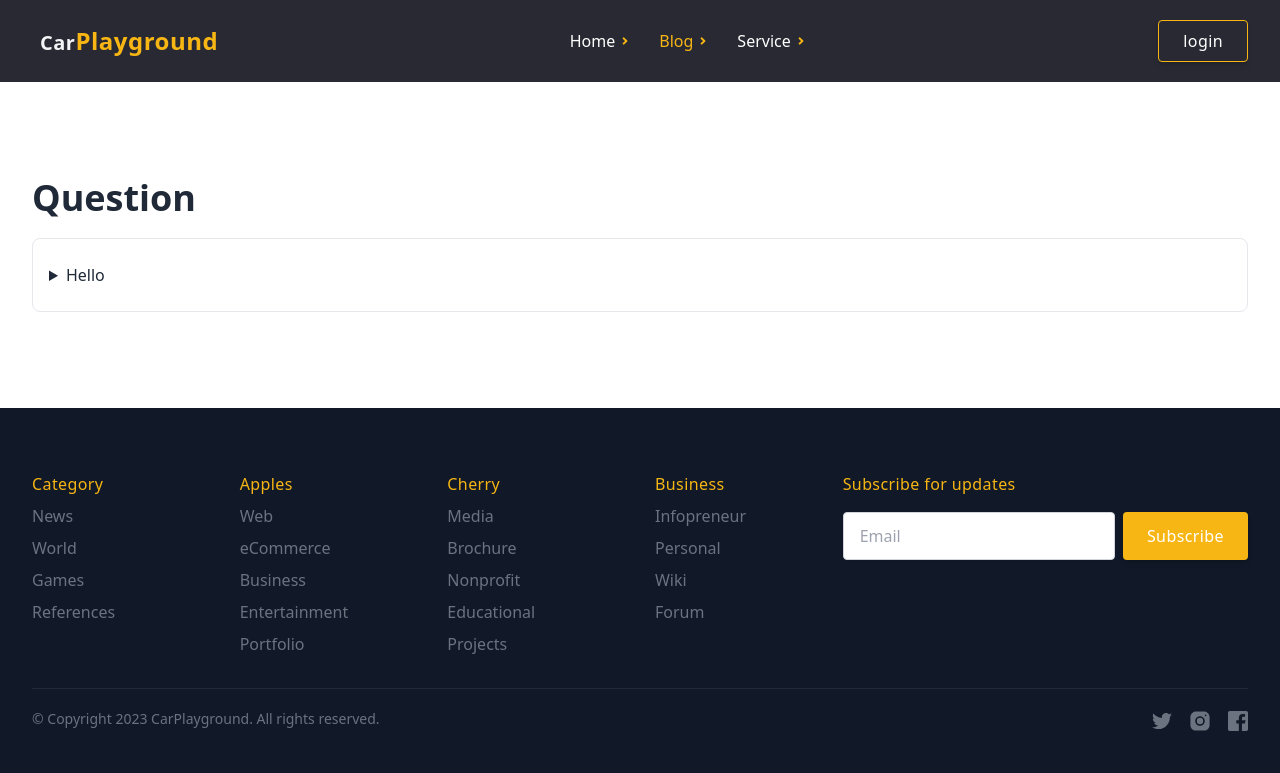
Repository: mdrubel02/CarPlayground-client-site
Page: /blog
The author's editor kept a copy of each file at every save. The page is drawn from the files as they stood at one save, then again after the next save.
The browser window is 1280 px wide. The pictures show the whole page.
The page's requests for data from a server got no answer. The project was rebuilt for these pictures with package versions that can differ from the ones it lists, and the page was loaded fresh each time. No one was signed in, and anything a server would have sent is missing. Also part of the build but not shown: vite.config.js, src/Pages/Home/Banner/Banner.jsx, src/Pages/Home/About/About.jsx, src/Shared/Title/Title.jsx, src/Pages/Home/Gallery/Gallery.jsx, src/Pages/Home/Home.jsx, src/User/SocialLogin.jsx, src/User/Login.jsx and 3 more.

Above is the page before, as saved 2023-05-20 12:02:42.

### index.html
<!DOCTYPE html>
<html lang="en">
  <head>
    <meta charset="UTF-8" />
    <link rel="icon" type="image/svg+xml" href="/vite.svg" />
    <meta name="viewport" content="width=device-width, initial-scale=1.0" />
    <title>CarPlayground</title>
  </head>
  <body>
    <div id="root"></div>
    <script type="module" src="/src/main.jsx"></script>
  </body>
</html>

### src/main.jsx
import React from 'react'
import ReactDOM from 'react-dom/client'
import './index.css'
import { ToastContainer, toast } from 'react-toastify';
import 'react-toastify/dist/ReactToastify.css';
import { RouterProvider } from 'react-router-dom';
import router from './Layout/Route/router';
import AuthProvider from './Context/AuthProvider';

ReactDOM.createRoot(document.getElementById('root')).render(
  <React.StrictMode>
    <AuthProvider>
      <ToastContainer position='top-center' />
      <RouterProvider router={router} />
    </AuthProvider>
  </React.StrictMode>,
)

### src/Layout/Route/router.jsx
import { createBrowserRouter } from "react-router-dom";
import Main from "../Main";
import Home from "../../Pages/Home/Home";
import Login from "../../User/Login";
import Register from "../../User/Register";
import Blogs from "../../Pages/Blog/Blogs";
import ErrorPage from "../../Shared/ErrorPage/ErrorPage";
import AddCategory from "../../Pages/Cetagory/AddCetagorys/AddCategory";



const router = createBrowserRouter([{
    path: '/',
    errorElement:<ErrorPage />,
    element: <Main />,
    children: [
        {path: '/',element:<Home/>},
        {path: '/home',element:<Home/>},
        {path:'/login',element:<Login />},
        {path:'/register',element:<Register/>},
        {path:'/blog',element:<Blogs/>},
        {path: '/addCategory', element: <AddCategory />}
    ]
}]);
export default router;

### src/Context/AuthProvider.jsx
import React, { createContext, useEffect, useState } from 'react';
import app from '../Firebase/firebase.config';
import {createUserWithEmailAndPassword, getAuth, GoogleAuthProvider, onAuthStateChanged, signInWithEmailAndPassword, signInWithPopup, signOut, updateProfile} from 'firebase/auth'

export const AuthContext=createContext()
const AuthProvider = ({children}) => {
    const auth = getAuth(app)
    const [user,setUser] = useState()
    const [loading ,setLoading] = useState(true)
    const [reviewRefresh,setReviewRefresh] = useState(true)
    const [myReviewRefresh,setMyReviewRefresh] = useState(true)
    const googleProvider = new GoogleAuthProvider()

        // sign with google
        const signWithGoogle = ()=>{
            setLoading(true)
            return signInWithPopup(auth,googleProvider)
        }

        // create user
        const createUser=(email,password)=>{
            setLoading(true)
            return createUserWithEmailAndPassword(auth,email,password)
        }

        // update user profile
        const updateUserProfile=(profile)=>{
            setLoading(true)
            return updateProfile(auth.currentUser,profile)
        }

        // logout
        const logOut=()=>{
            setLoading(true)
            localStorage.removeItem('HomemadeCrunch-Token')
            return signOut(auth)
        }

        // user signin
        const userSignIn=(email,password)=>{
            setLoading(true)
            return signInWithEmailAndPassword(auth,email,password)
        }

        // get user
        useEffect(()=>{
            const unsubscribe = onAuthStateChanged(auth,(currentUser)=>{
                setUser(currentUser)
                setLoading(false)
                return
            })
            return ()=>unsubscribe()
        },[])
        const value = {
            user,
            createUser,
            updateUserProfile,
            logOut,
            userSignIn,
            signWithGoogle,
            reviewRefresh,setReviewRefresh,
            myReviewRefresh,setMyReviewRefresh,
            loading,setLoading,
        }
    return (
        <div>
            <AuthContext.Provider value = {value}>
                {children}
            </AuthContext.Provider>
        </div>
    );
};

export default AuthProvider;

### src/Layout/Main.jsx
import React from 'react';
import Header from '../Shared/Header/Header';
import Footer from '../Shared/Footer/Footer'
import { Outlet } from 'react-router-dom';

const Main = () => {
    return (
        <div>
           <Header />
           <Outlet />
           <Footer />
        </div>
    );
};

export default Main;

### src/Pages/Blog/Blogs.jsx
import React from 'react';
import useTitle from '../../Hook/useTitle';

const Blogs = () => {
    useTitle('Blogs')
    return (
        <section className="dark:bg-gray-800 dark:text-gray-100 my-6 md:my-16">
        <div className="container flex flex-col justify-center px-4 py-8 mx-auto md:p-8">
            <h2 className="text-2xl font-semibold sm:text-4xl mb-5">Question</h2>
            <div className="space-y-4">
                   <details  className="w-full border rounded-lg">
                        <summary className="px-4 py-6 focus:outline-none focus-visible:ring-violet-400">Hello</summary>
                        <p className="px-4 py-6 pt-0 ml-4 -mt-4 dark:text-gray-400">Answer</p>
                    </details>
            </div>
        </div>
    </section>
    );
};

export default Blogs;

### src/Shared/Header/Header.jsx
import React, { useContext, useState } from 'react';
import { AuthContext } from '../../Context/AuthProvider';
import { Link, NavLink } from 'react-router-dom';
import { FaAngleRight} from 'react-icons/fa';

const Header = () => {
    const {user,logOut}= useContext(AuthContext)
    const [isMenuOpen, setIsMenuOpen] = useState(false);

    const logOutHandle=()=>{
      logOut()
      .then(()=>toast.warning('Lof Out',{autoClose:1000}))
  }
    const menu = <>
    <li className='flex items-center'>
      <NavLink
        to="/home"
        aria-label="home"
        title="home"
        className={({isActive})=>isActive?"font-medium text-yellow transition-colors duration-100" : "font-medium transition-colors duration-100 text-white"}
      >
        Home
      </NavLink>
      <FaAngleRight className='text-yellow ml-1 text-xs'></FaAngleRight>
    </li>
    <li className='flex items-center'>
      <NavLink
        to="/blog"
        aria-label="blog"
        title="blog"
        className={({isActive})=>isActive?"font-medium text-yellow transition-colors duration-100" : "font-medium transition-colors duration-100 text-white"}
      >
        Blog
      </NavLink>
      <FaAngleRight className='text-yellow ml-1 text-xs'></FaAngleRight>
    </li>
    <li className='flex items-center'>
      <NavLink
        to="/allservices"
        aria-label="allservice"
        title="allservice"
        className={({isActive})=>isActive?"font-medium text-yellow transition-colors duration-100" : "font-medium transition-colors duration-100 text-white"}
      >
        Service
      </NavLink>
      <FaAngleRight className='text-yellow ml-1 text-xs'></FaAngleRight>
    </li>
    {
      user?
      <>
    <li className='flex items-center'>
      <NavLink
        to="/myreviews"
        aria-label="myreview"
        title="myreview"
        className={({isActive})=>isActive?"font-medium text-yellow transition-colors duration-100" : "font-medium transition-colors duration-100 text-white"}
      >
        My Reviews
      </NavLink>
      <FaAngleRight className='text-yellow ml-1 text-xs'></FaAngleRight>
    </li>
    <li className='flex items-center'>
      <NavLink
        to="/addCategory"
        aria-label="addService"
        title="addService"
        className={({isActive})=>isActive?"font-medium text-yellow transition-colors duration-100" : "font-medium transition-colors duration-100 text-white"}
      >
         Add Category
      </NavLink>
      <FaAngleRight className='text-yellow ml-1 text-xs'></FaAngleRight>
    </li>
    <button
        onClick={logOutHandle}
        className="font-medium tracking-wide  flex items-center transition-colors duration-200 hover:text-teal-accent-400 text-white">
      Logout <FaAngleRight className='text-yellow ml-1 text-xs'></FaAngleRight>
    </button>
      </>
      : undefined
    }
  </>
    return (
        <div className="bg-black sticky top-0 z-50">
        <div className="px-4 mx-auto sm:max-w-xl md:max-w-full lg:max-w-screen-xl py-5 md:px-24 lg:px-8">
          <div className="relative flex items-center justify-between">
            <Link
              to="/"
              aria-label="Company"
              title="Company"
              className="inline-flex items-center"
            >
              <span className="ml-2 text-xl font-bold tracking-wide text-gray-100">
             Car<span className='text-yellow text-2xl'>Playground</span>
              </span>
            </Link>
            <ul className="flex items-center hidden space-x-7 lg:flex capitalize">
              {menu}
            </ul>
            <ul className="flex items-center hidden space-x-8 lg:flex ">
             {
              user?
              <div className='flex items-center'>
                <small className='text-white'>{user?.email}</small>
                <img src={user?.photoURL} alt="user" className='w-[40px] h-[40px] object-cover rounded-full ml-2'/>
              </div> :
              <li>
              <Link
                to="/login"
                className="border border-yellow inline-flex items-center justify-center py-2 px-6 font-medium tracking-wide  transition duration-200 rounded shadow-md bg-deep-purple-accent-400 hover:bg-deep-purple-accent-700 focus:shadow-outline focus:outline-none text-white hover:bg-[#ffffff36]"
                aria-label="Sign up"
                title="Sign up"
              >
                login
              </Link>
            </li>
             }
            </ul>
            <div className="lg:hidden">
              <button
                aria-label="Open Menu"
                title="Open Menu"
                className="p-2 -mr-1 transition duration-200 rounded focus:outline-none focus:shadow-outline"
                onClick={() => setIsMenuOpen(true)}
              >
                <svg className="w-5 text-white" viewBox="0 0 24 24">
                  <path
                    fill="currentColor"
                    d="M23,13H1c-0.6,0-1-0.4-1-1s0.4-1,1-1h22c0.6,0,1,0.4,1,1S23.6,13,23,13z"
                  />
                  <path
                    fill="currentColor"
                    d="M23,6H1C0.4,6,0,5.6,0,5s0.4-1,1-1h22c0.6,0,1,0.4,1,1S23.6,6,23,6z"
                  />
                  <path
                    fill="currentColor"
                    d="M23,20H1c-0.6,0-1-0.4-1-1s0.4-1,1-1h22c0.6,0,1,0.4,1,1S23.6,20,23,20z"
                  />
                </svg>
              </button>
              {isMenuOpen && (
                <div className="absolute top-0 left-0 w-full z-20">
                  <div className="p-5 bg-black border rounded shadow-sm">
                    <div className="flex items-center justify-between mb-4">
                      <div>
                        <Link
                          to="/"
                          aria-label="Company"
                          title="Company"
                          className="inline-flex items-center"
                        >
                          <span className="ml-2 text-xl font-bold tracking-wide text-gray-100">
                          Homemade<span className='text-yellow text-2xl'>Crunch</span>
                          </span>
                        </Link>
                      </div>
                      <div>
                        <button
                          aria-label="Close Menu"
                          title="Close Menu"
                          className="p-2 -mt-2 -mr-2 transition duration-200 rounded hover:bg-gray-200 focus:bg-gray-200 focus:outline-none focus:shadow-outline"
                          onClick={() => setIsMenuOpen(false)}
                        >
                          <svg className="w-5 text-white" viewBox="0 0 24 24">
                            <path
                              fill="currentColor"
                              d="M19.7,4.3c-0.4-0.4-1-0.4-1.4,0L12,10.6L5.7,4.3c-0.4-0.4-1-0.4-1.4,0s-0.4,1,0,1.4l6.3,6.3l-6.3,6.3 c-0.4,0.4-0.4,1,0,1.4C4.5,19.9,4.7,20,5,20s0.5-0.1,0.7-0.3l6.3-6.3l6.3,6.3c0.2,0.2,0.5,0.3,0.7,0.3s0.5-0.1,0.7-0.3 c0.4-0.4,0.4-1,0-1.4L13.4,12l6.3-6.3C20.1,5.3,20.1,4.7,19.7,4.3z"
                            />
                          </svg>
                        </button>
                      </div>
                    </div>
                    <nav>
                      <ul className="space-y-4 capitalize">
                        {menu}
                      {
                          user?
                          <div className='flex items-center'>
                            <small className='text-white'>{user?.email}</small>
                            <img src={user?.photoURL} alt="user" className='w-[40px] h-[40px] object-cover rounded-full ml-2'/>
                          </div> :
                          <li>
                          <Link
                            to="/login"
                            className="border border-yellow inline-flex items-center justify-center py-2 px-6 font-medium tracking-wide  transition duration-200 rounded shadow-md bg-deep-purple-accent-400 hover:bg-deep-purple-accent-700 focus:shadow-outline focus:outline-none text-white hover:bg-[#ffffff36]"
                            aria-label="Sign up"
                            title="Sign up"
                          >
                            login
                          </Link>
                        </li>
                        }
                      </ul>
                    </nav>
                  </div>
                </div>
              )}
            </div>
          </div>
        </div>
      </div>
    );
};

export default Header;

Loaded but not shown: src/index.css (common file); src/Firebase/firebase.config.js (14 lines, source omitted); tailwind.config.js (19 lines, source omitted); src/Hook/useTitle.js (9 lines, source omitted); src/Shared/Footer/Footer.jsx (236 lines, source omitted)

After the next save:
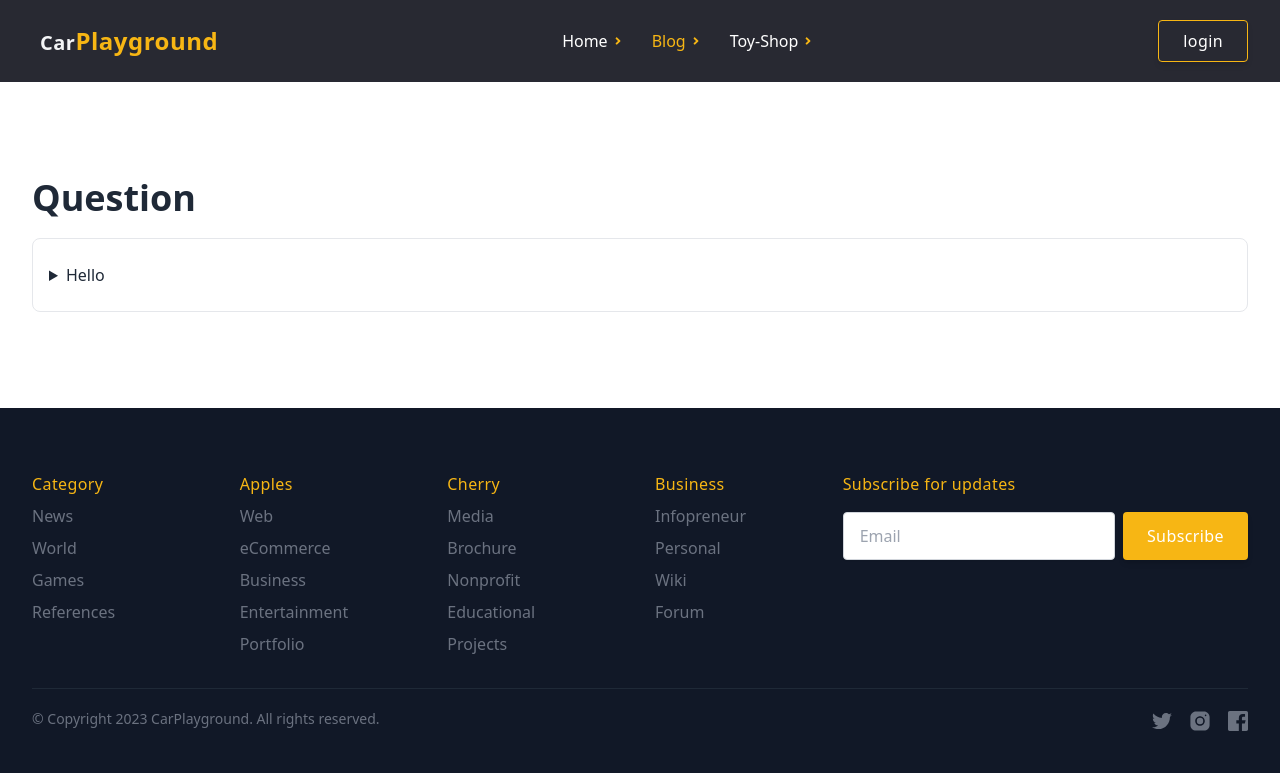
Saved 80 s later.
--- a/src/Shared/Header/Header.jsx
+++ b/src/Shared/Header/Header.jsx
@@ -41,7 +41,7 @@ const Header = () => {
         title="allservice"
         className={({isActive})=>isActive?"font-medium text-yellow transition-colors duration-100" : "font-medium transition-colors duration-100 text-white"}
       >
-        Service
+        Toy-Shop
       </NavLink>
       <FaAngleRight className='text-yellow ml-1 text-xs'></FaAngleRight>
     </li>
